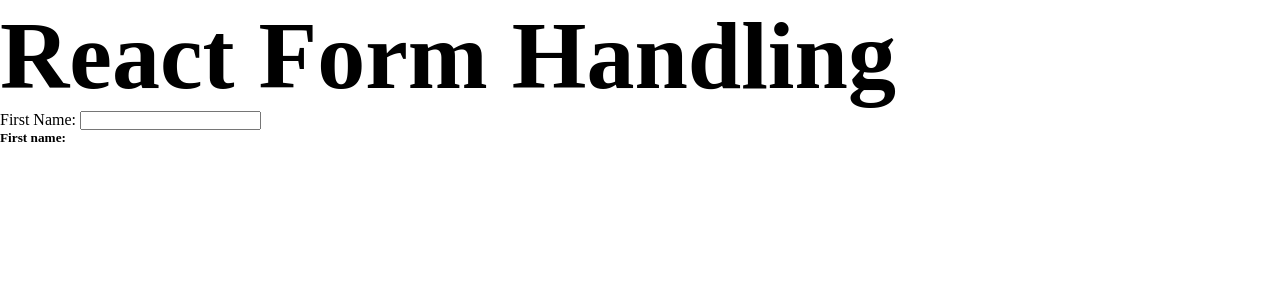
Repository: cakuang1/kanyequotes
Page: /
The author's editor kept a copy of each file at every save. The page is drawn from the files as they stood at one save, then again after a run of saves.
The browser window is 1280 px wide. The pictures show the whole page.
The project was rebuilt for these pictures with package versions that can differ from the ones it lists, and the page was loaded fresh each time.

Above is the page before, as saved 2022-07-16 23:45:22.

### src/index.css
* {
    box-sizing: border-box;
    margin: 0;
    padding: 0;


}

h1 {
    font-size: 6rem;

}

.app {
    width: 100%;
    height: 100vh;
    background-color: black;
    color: aqua;
}

.app .bottom {
    display: flex;
    justify-content: space-evenly;
    text-align: center;
    border-radius:12px;
    background-color: rgba(255, 255, 255, 0.2);
}

### src/App.js
import axios from 'axios';
import React,{useState} from 'react';





function App() {
  const [fname, setFname] = useState("")





  const handleChange = e => {
    setFname(e.target.value)
  }



  return (
    <div>
      <h1>React Form Handling</h1>
      <form>
        <label>
          First Name: <input type="text" value={fname} onChange = {handleChange}/>
        </label>

      </form>
      <h5>First name: {fname}</h5>
    </div>
  )
}


export default App;

Loaded but not shown: public/index.html (common file); src/index.js (common file)

After the next 2 saves:
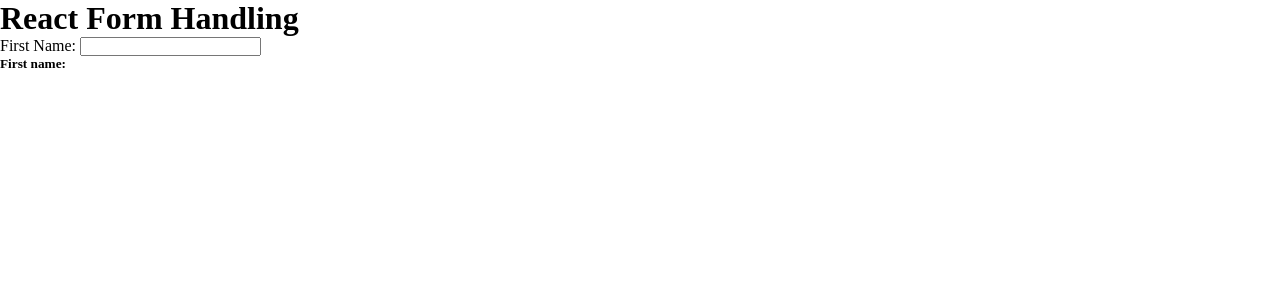
The 2 saves are shown as one change because they came seconds apart.
The last was saved 17 min 43 s later.
--- a/src/index.css
+++ b/src/index.css
@@ -5,23 +5,3 @@
 
 
 }
-
-h1 {
-    font-size: 6rem;
-
-}
-
-.app {
-    width: 100%;
-    height: 100vh;
-    background-color: black;
-    color: aqua;
-}
-
-.app .bottom {
-    display: flex;
-    justify-content: space-evenly;
-    text-align: center;
-    border-radius:12px;
-    background-color: rgba(255, 255, 255, 0.2);
-}
